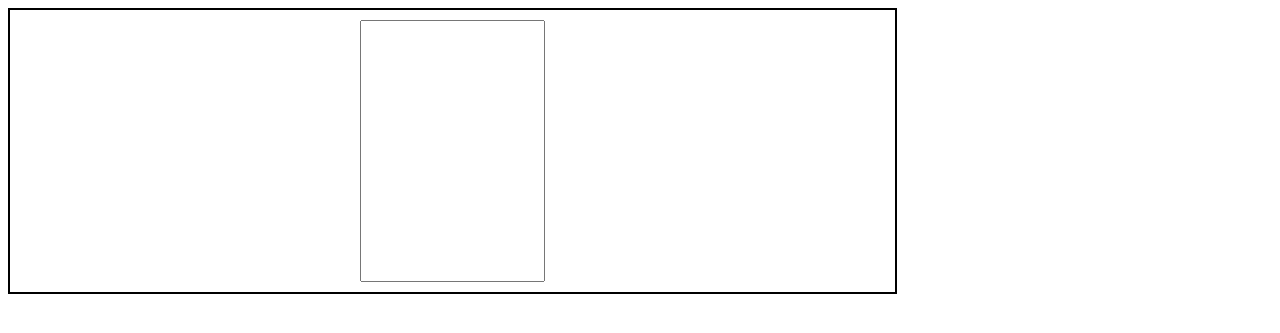
Repository: emdes515/EHpanel
Page: html/dashboardObecnosc.html
The author's editor kept a copy of each file at every save. The page is drawn from the files as they stood at one save, then again after the next save.
The browser window is 1280 px wide. The pictures show the whole page.

Above is the page before, as saved 2024-04-22 10:03:49.
Console error: ReferenceError: $ is not defined

### html/dashboardObecnosc.html
<style>
	.main {
		width: 70%;
		height: 40%;
		border: 2px solid black;
		display: flex;
		place-content: center;
	}

	input {
		margin: 10px;
	}
</style>

<div class="main">
    <input id="dashboardObecnoscInput" name="dashboardObecnoscInput"></input>

	<div>

	</div>
</div>


<script
	type="text/javascript"
	src="js/dashboardObecnosc.js"></script>

### js/dashboardObecnosc.js
$(document).ready(function () {
	const pracownicyNieobecnii_Zdalnie = $('#dashboardObecnoscInput').jqxInput({
		placeHolder: 'Enter a Country',
		height: '10%',
		width: '50%',
		minLength: 1,
	});

	const url = 'https://api.elgor.com.pl/login';
	const apikey =
		'f000983f7ccf9d50418948aeb3eef18484fb354824ca383c64823bd7db18c41b82b90434b9ab30e4f310701d749fa158569573b16a13cbd15fd0b853af04ed77';

	fetch(url, {
		method: 'GET',
		headers: {
			Accept: 'application/json',
			apikey: apikey,
		},
	})
		.then((response) => response.json())
		.then((data) => console.log(data));
});

After the next save:
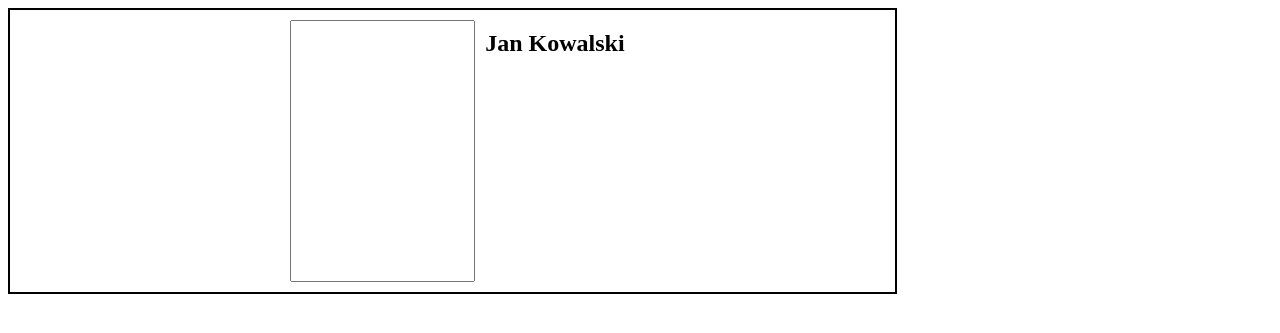
Saved 39 s later.
--- a/html/dashboardObecnosc.html
+++ b/html/dashboardObecnosc.html
@@ -16,7 +16,10 @@
     <input id="dashboardObecnoscInput" name="dashboardObecnoscInput"></input>
 
 	<div>
+		<div><h2>Jan Kowalski</h2></div>
+		<div>
 
+		</div>
 	</div>
 </div>
 
